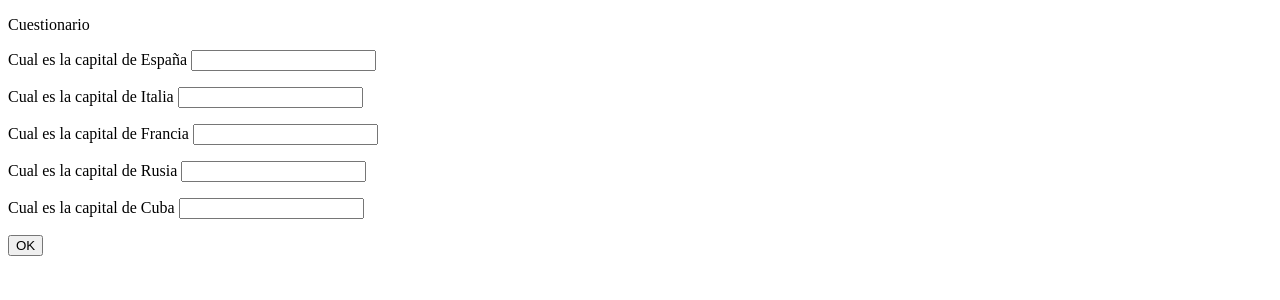
Repository: Matmart13/Acceso-a-Datos-2
Page: http://localhost/JSP1/Ejercicio3.jsp
An editor plug-in stored every save of this project. The page is shown before and after the next save, followed by the edit.
The browser window is 1280 px wide. The pictures show the whole page.
The page is served by Tomcat 9.

Above is the page before, as saved 2023-01-30 15:03:55.

### JSP1/src/main/webapp/Ejercicio3.jsp
<%-- Ejercicio 5.jsp --%>
<%@page contentType="text/html" pageEncoding="UTF-8"%>
<!DOCTYPE html>
<html>
<head>
<meta http-equiv="Content-Type" content="text/html; charset=UTF-8">
</head>
<body>
<p>Cuestionario</p>
<form method="get" action="resultadoEj4.jsp">
<p>Cual es la capital de España
<input type="text" name="España"></p>
<p>Cual es la capital de Italia
<input type="text" name="Italia"></p>
<p>Cual es la capital de Francia
<input type="text" name="Francia"></p>
<p>Cual es la capital de Rusia
<input type="text" name="Rusia"></p>
<p>Cual es la capital de Cuba
<input type="text" name="Cuba"></p>
<input type="submit" value="OK">
</form>
</body>
</html>

After the next save:
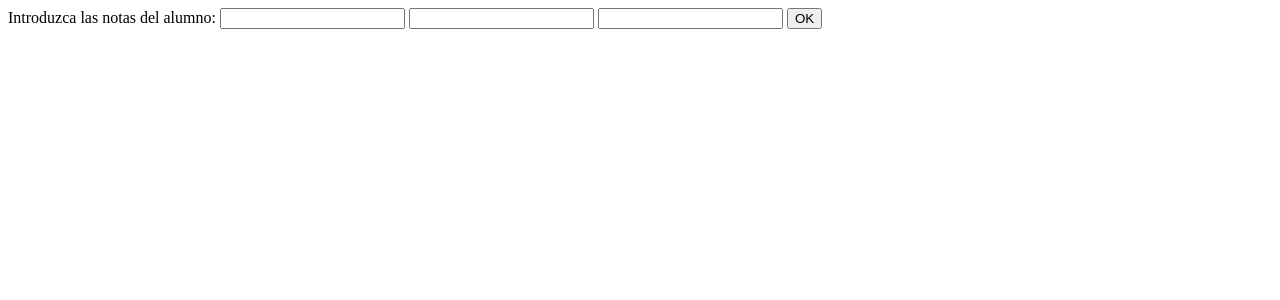
Saved 5 s later.
--- a/JSP1/src/main/webapp/Ejercicio3.jsp
+++ b/JSP1/src/main/webapp/Ejercicio3.jsp
@@ -1,4 +1,4 @@
-<%-- Ejercicio 5.jsp --%>
+<%-- Ejercicio 1.jsp --%>
 <%@page contentType="text/html" pageEncoding="UTF-8"%>
 <!DOCTYPE html>
 <html>
@@ -6,18 +6,11 @@
 <meta http-equiv="Content-Type" content="text/html; charset=UTF-8">
 </head>
 <body>
-<p>Cuestionario</p>
-<form method="get" action="resultadoEj4.jsp">
-<p>Cual es la capital de España
-<input type="text" name="España"></p>
-<p>Cual es la capital de Italia
-<input type="text" name="Italia"></p>
-<p>Cual es la capital de Francia
-<input type="text" name="Francia"></p>
-<p>Cual es la capital de Rusia
-<input type="text" name="Rusia"></p>
-<p>Cual es la capital de Cuba
-<input type="text" name="Cuba"></p>
+<form method="get" action="resultadoEj1.jsp">
+Introduzca las notas del alumno:
+<input type="text" name="numero1">
+<input type="text" name="numero2">
+<input type="text" name="numero3">
 <input type="submit" value="OK">
 </form>
 </body>
